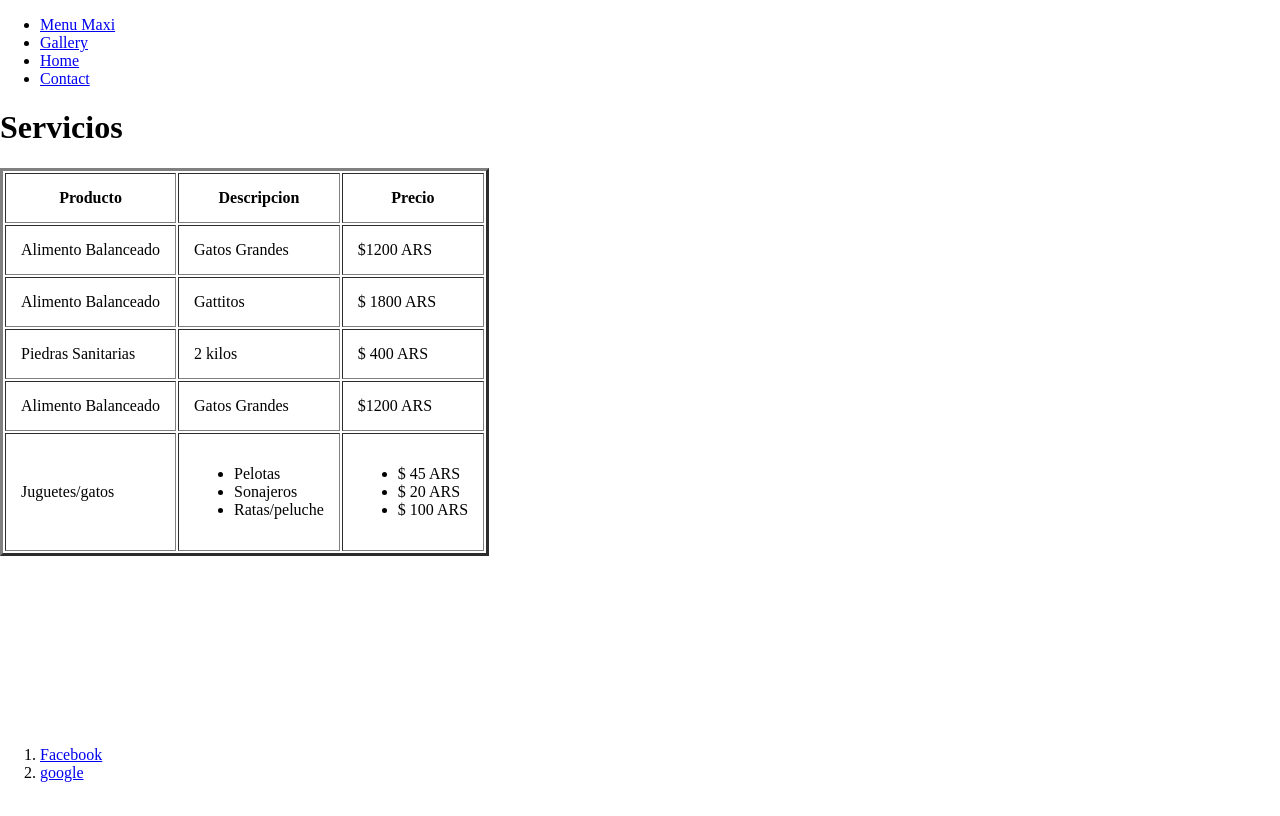
Repository: raul4264/final
Page: Services.html
An editor plug-in stored every save of this project. The page is shown before and after the next save, followed by the edit.
The browser window is 1280 px wide. The pictures show the whole page.

Above is the page before, as saved 2021-03-25 14:02:18.

After the next save:
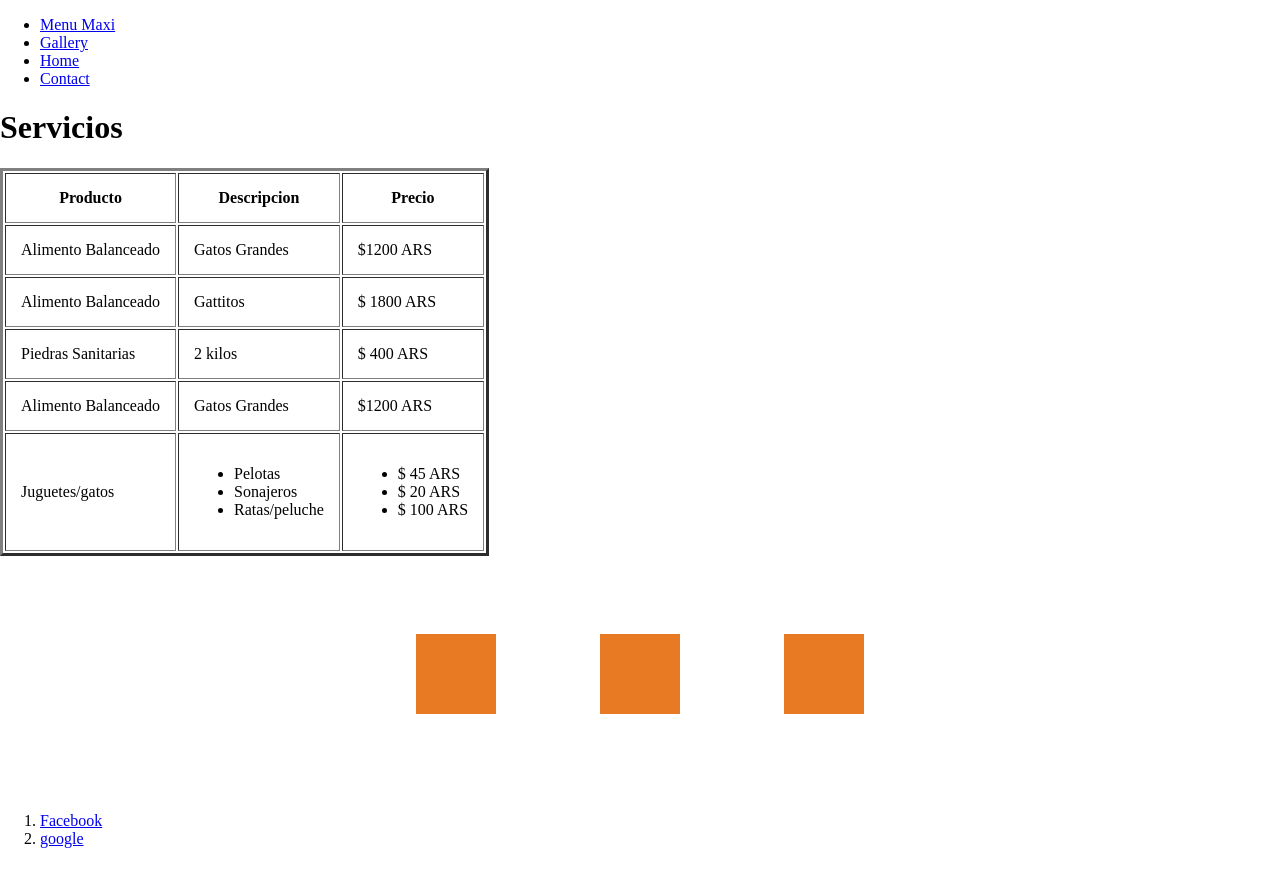
Saved 52 s later.
--- a/css/services.css
+++ b/css/services.css
@@ -16,13 +16,12 @@ body{
 	width: 100%;
 }
 
-
 .square{
 	background: #e87a24;
 	display: inline-block;
-
+	height: 80px;
 	margin: 0 50px;
-
+	width: 80px;
 }
 
 /* ESTILO HOVER */
